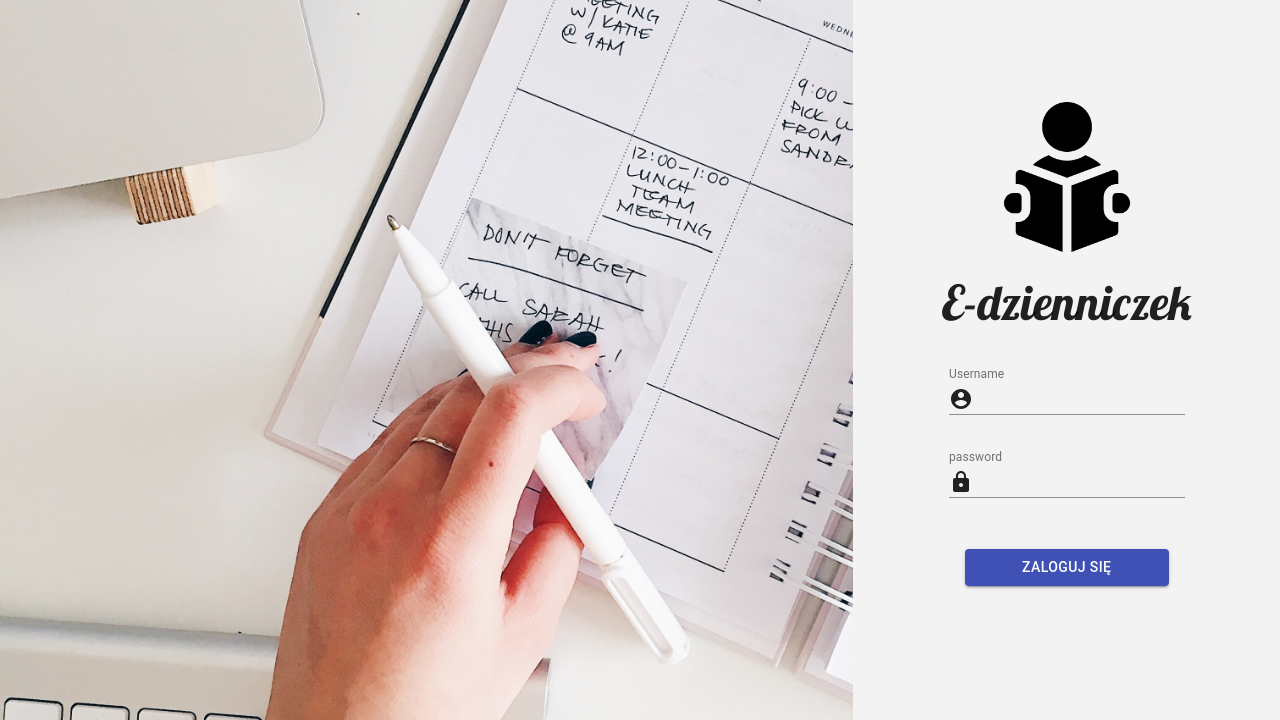
Repository: dominik3131/E-dzienniczek
Page: /
The author's editor kept a copy of each file at every save. The page is drawn from the files as they stood at one save, then again after a run of saves.
The browser window is 1280 px wide. The pictures show the whole page.
The project was rebuilt for these pictures with package versions that can differ from the ones it lists, and the page was loaded fresh each time. Also part of the build but not shown: src/containers/LoginPageContainer/MainUserPageContainer/index.js.

Above is the page before, as saved 2020-11-18 00:07:56.

After the next 3 saves:
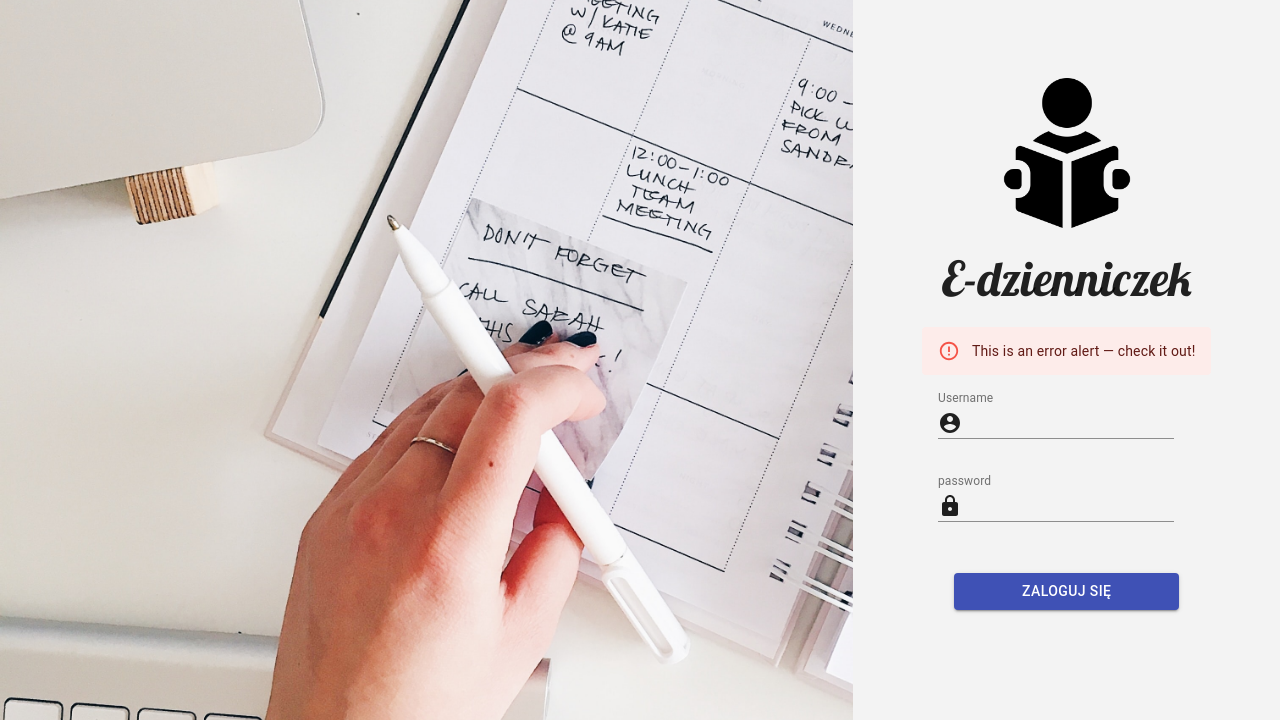
The 3 saves are shown as one change because 2 did not build or start.
The last was saved 8 min 29 s later.
--- a/src/components/LoginForm/LoginForm.js
+++ b/src/components/LoginForm/LoginForm.js
@@ -3,6 +3,7 @@ import InputAdornment from "@material-ui/core/InputAdornment";
 import AccountCircle from "@material-ui/icons/AccountCircle";
 import LockRoundedIcon from "@material-ui/icons/LockRounded";
 import { Button, TextField } from "@material-ui/core";
+import Alert from "@material-ui/lab/Alert";
 import { makeStyles } from "@material-ui/core/styles";
 
 const useStyles = makeStyles((theme) => ({
@@ -29,6 +30,7 @@ const LoginForm = ({ errors, tryLogin, showErrors }) => {
   const classes = useStyles();
   return (
     <form className={classes.root} noValidate autoComplete="off">
+      <Alert severity="error">This is an error alert — check it out!</Alert>
       <TextField
         id="username"
         name="username"
